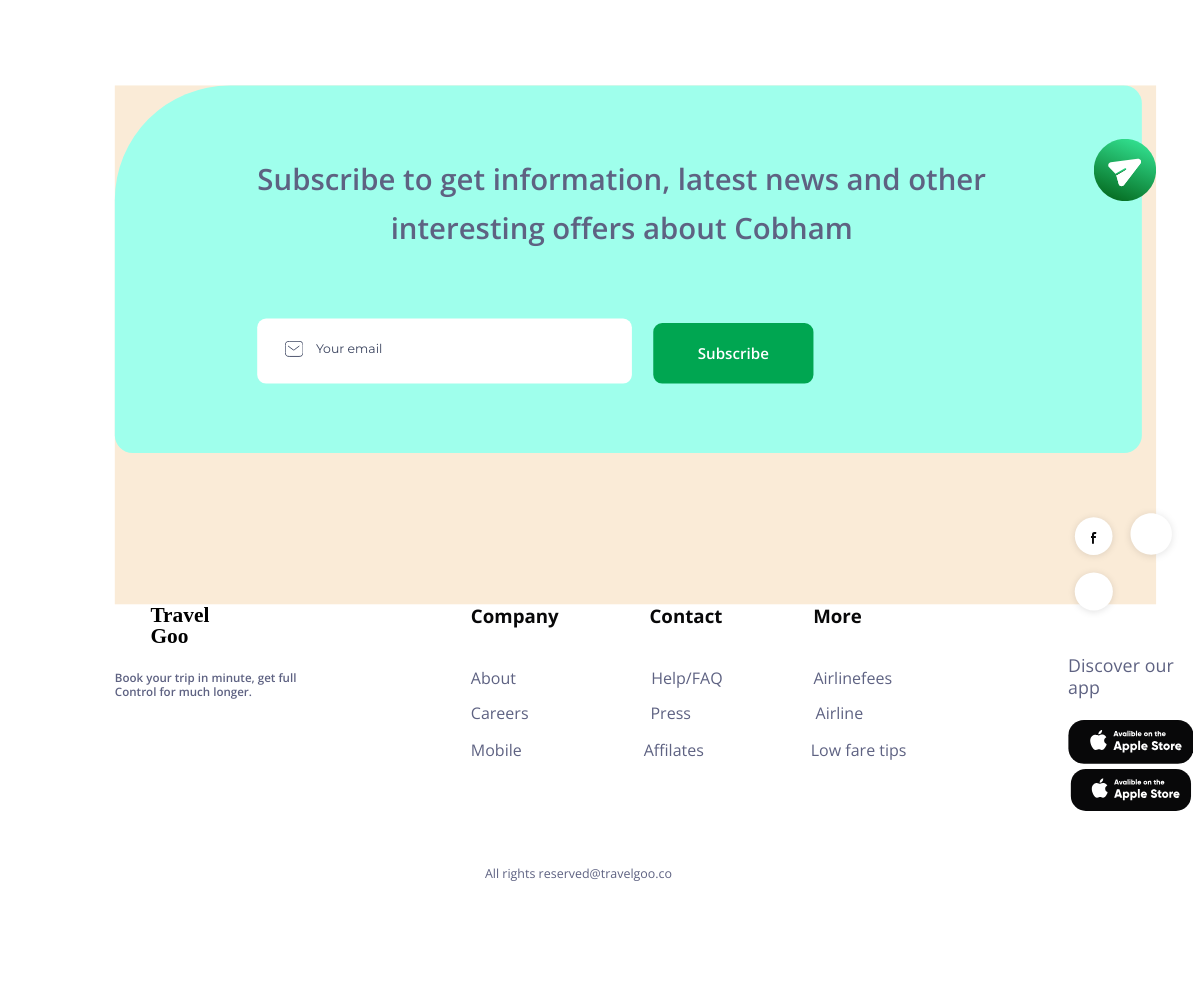
Repository: HeybetzadeQedim/task-5
Page: index.html
These files come from the project's save history. The page is drawn as it stood at one moment and after the next save; the edit follows.
The browser window is 1280 px wide. The page is 1341 px wide, so the pictures cover 1341 px, including what lies to the right of the window. The pictures show the whole page, at 89% of full size.
Some web fonts or font styles are not loaded; a fallback is used.

Above is the page before, as saved 2023-10-16 15:41:17.

After the next save:
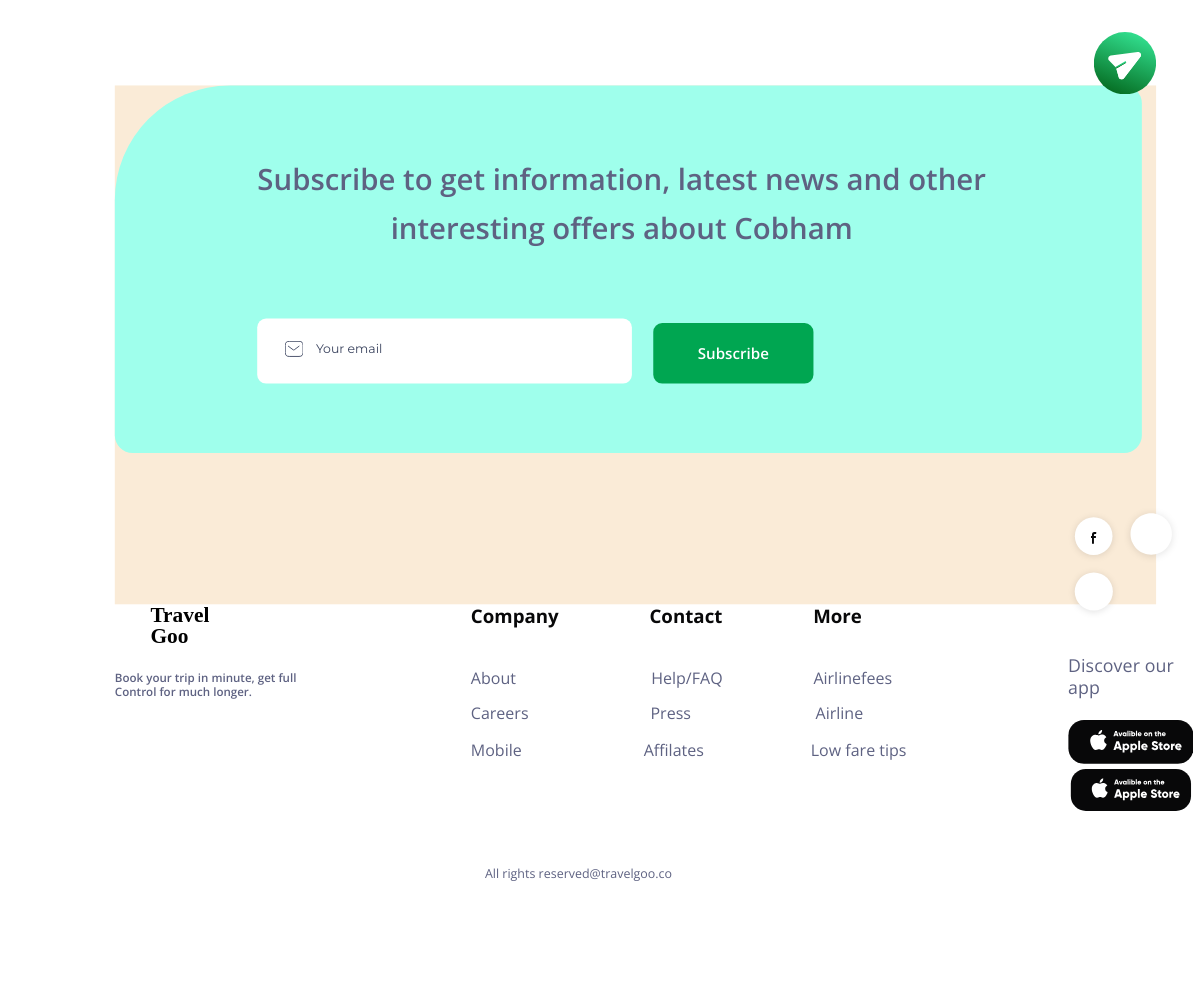
Saved 24 s later.
--- a/index.css
+++ b/index.css
@@ -32,7 +32,7 @@
 }
 .image-container {
   position: absolute;
-  top: 60px;
+  top: -60px;
   /* left: 1390px; */
   right: 0;
 }
